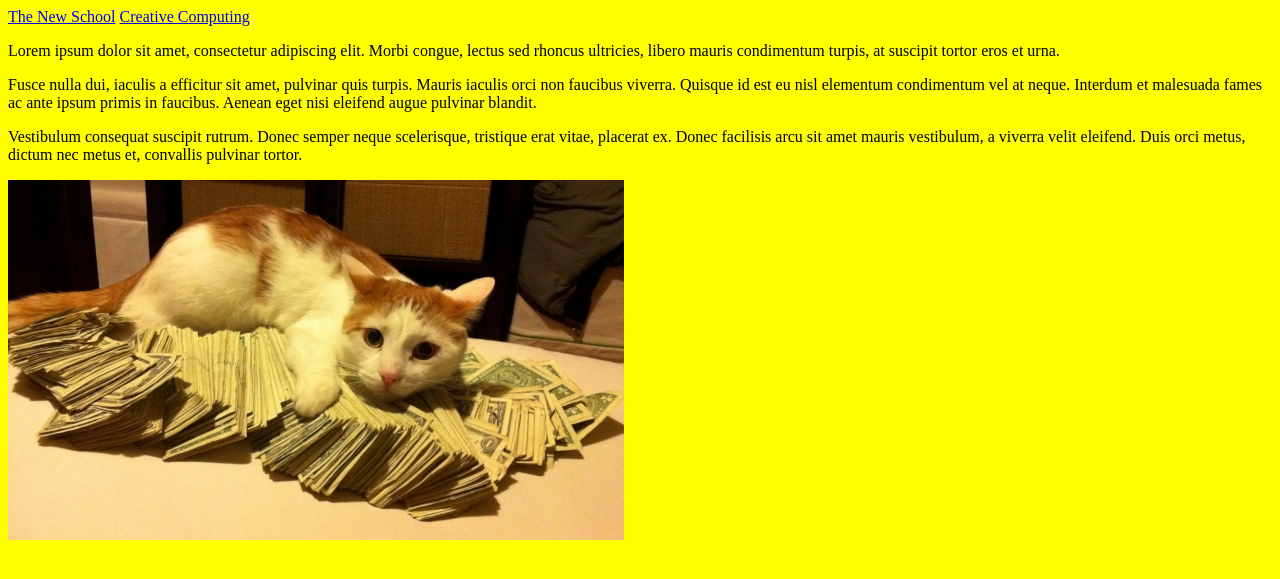
Repository: Djiun/djiun.github.io
Page: index.html
The author's editor kept a record of every edit. The page is drawn from the files as they stood at one moment, then again after the next edit.
The browser window is 1280 px wide. The pictures show the whole page.

Above is the page before.

After the next edit:
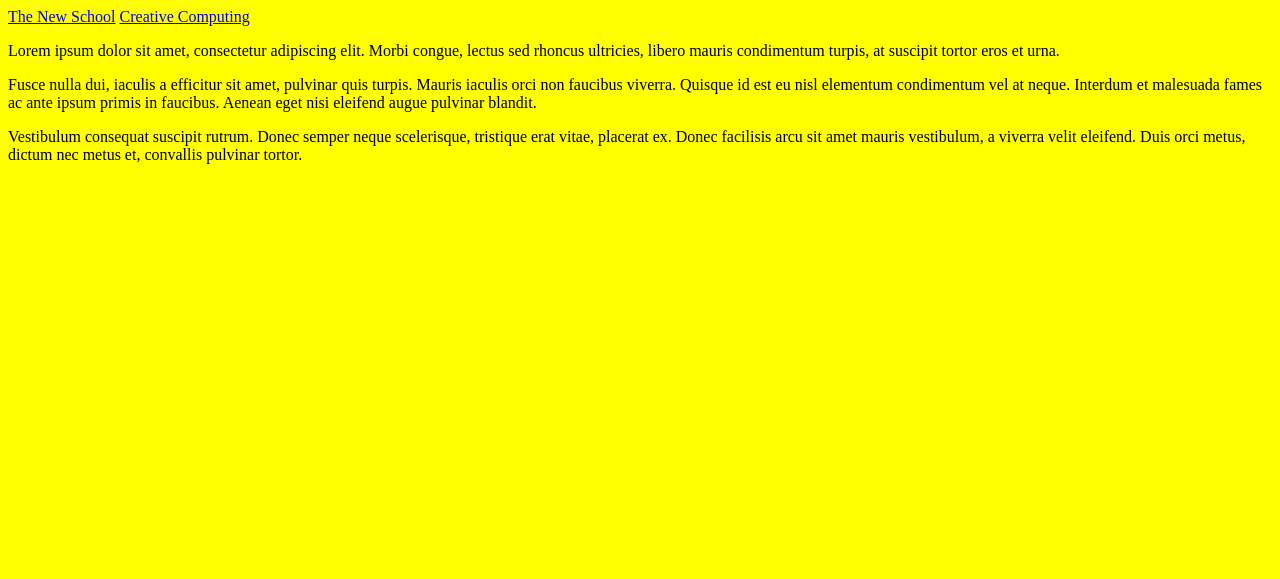
The edit:
--- a/index.html
+++ b/index.html
@@ -28,6 +28,7 @@
 		<p class="paragraph2">Fusce nulla dui, iaculis a efficitur sit amet, pulvinar quis turpis. Mauris iaculis orci non faucibus viverra. Quisque id est eu nisl elementum condimentum vel at neque. Interdum et malesuada fames ac ante ipsum primis in faucibus. Aenean eget nisi eleifend augue pulvinar blandit.</p>
 		<p>Vestibulum consequat suscipit rutrum. Donec semper neque scelerisque, tristique erat vitae, placerat ex. Donec facilisis arcu sit amet mauris vestibulum, a viverra velit eleifend. Duis orci metus, dictum nec metus et, convallis pulvinar tortor. </p>
 
-		<img src="cashcat.jpg">
+
+		</div>
 	</body>
 </html>
